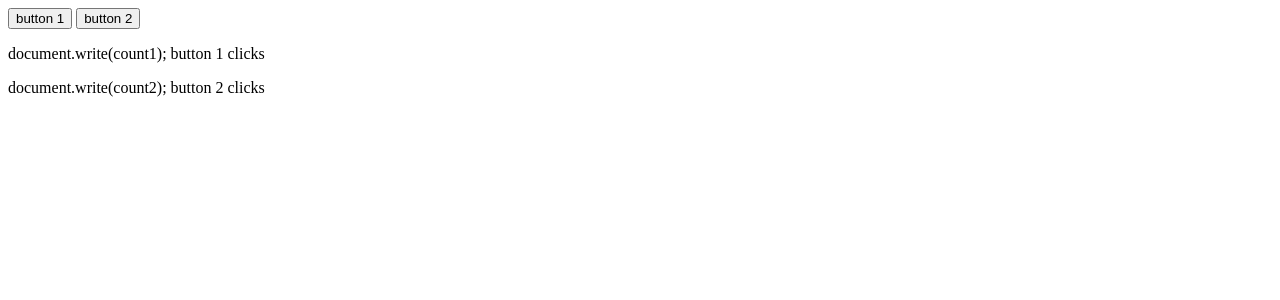
Repository: PoojaShirwaikar/BlockhainTest
Page: javascript/JQueryDemo/WebContent/trigger.html
These files come from the project's save history. The page is drawn as it stood at one moment and after the next save; the edit follows.
The browser window is 1280 px wide. The pictures show the whole page.
Some web libraries are served in a nearby version.

Above is the page before, as saved 2017-11-13 07:58:52.

### javascript/JQueryDemo/WebContent/trigger.html
<!DOCTYPE html>
<html>
<head>
<meta charset="ISO-8859-1">
<title>Insert title here</title>
<script src="https://code.jquery.com/jquery-3.2.1.js"></script>
<script>
	$(function() {
		var count1 = 0;
		var count2 = 0;

		$("body").on("click", "#b1", clicked1);
		$("body").on("click", "#b2", clicked2);

		function clicked1() {

			count1++;
		}
		function clicked2() {
			$("#b1").trigger("click");
			count2++;
		}

	});
</script>
</head>
<body>
	<button id="b1">button 1</button>
	<button id="b2">button 2</button>
	<p>document.write(count1); button 1 clicks</p>

	<p>document.write(count2); button 2 clicks</p>



</body>
</html>

After the next save:
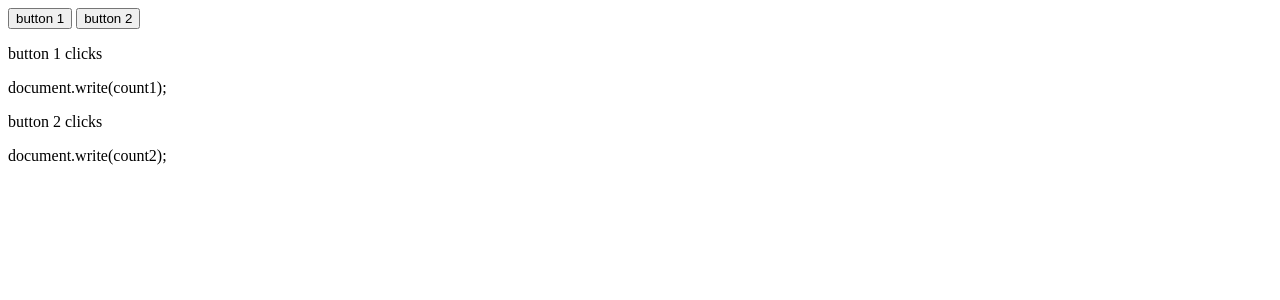
Saved 32 s later.
--- a/javascript/JQueryDemo/WebContent/trigger.html
+++ b/javascript/JQueryDemo/WebContent/trigger.html
@@ -27,9 +27,11 @@
 <body>
 	<button id="b1">button 1</button>
 	<button id="b2">button 2</button>
-	<p>document.write(count1); button 1 clicks</p>
+	<p>button 1 clicks</p>
+	document.write(count1);
 
-	<p>document.write(count2); button 2 clicks</p>
+	<p>button 2 clicks</p>
+	document.write(count2);
 
 
 
